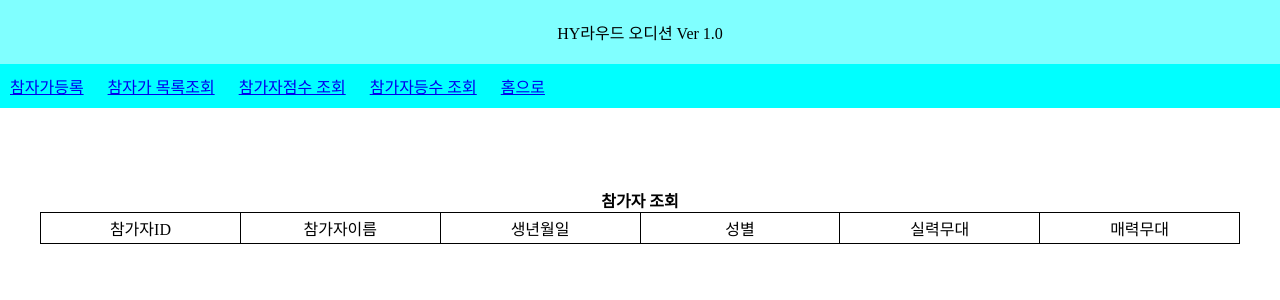
Repository: juntae710/acorn_web
Page: http://localhost/prj0828/오디션/참가자조회.jsp
The author's editor kept a copy of each file at every save. The page is drawn from the files as they stood at one save, then again after the next save.
The browser window is 1280 px wide. The pictures show the whole page.
The page is served by Tomcat 9. Queries for data that is not in the repository find no rows.

Above is the page before, as saved 2023-08-28 08:36:27.

After the next save:
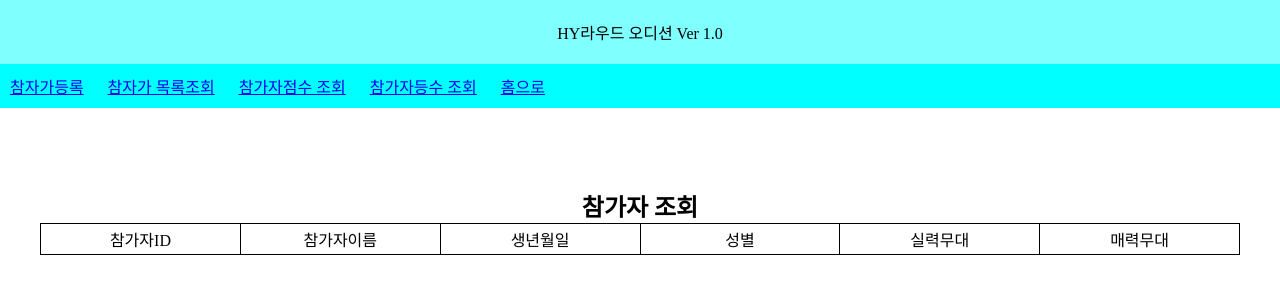
Saved 65 s later.
--- a/prj0828/src/main/webapp/오디션/참가자조회.jsp
+++ b/prj0828/src/main/webapp/오디션/참가자조회.jsp
@@ -44,7 +44,7 @@ td {
 	<section>
 		<table>
 		<caption>
-			<strong>참가자 조회</strong>
+			<h2>참가자 조회</h2>
 		</caption>
 <tr>
 	<td>참가자ID</td>
